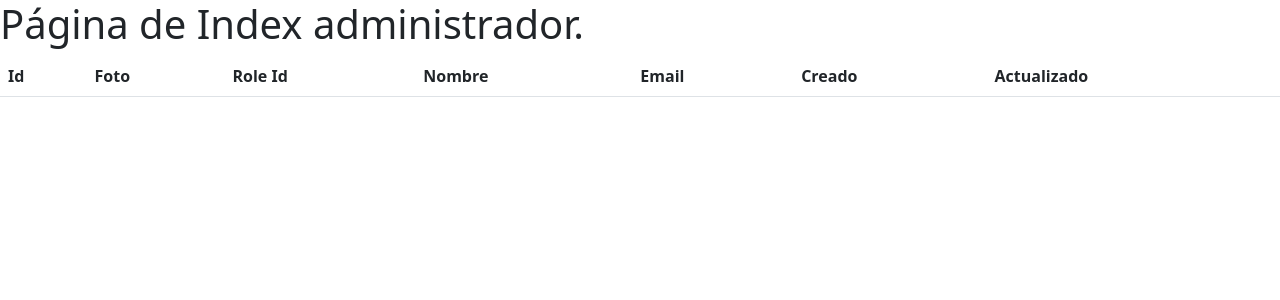
Repository: jfederg/AplicacionCompleta-Laravel-git
Page: http://localhost/admin/users
The author's editor kept a record of every edit. The page is drawn from the files as they stood at one moment, then again after the next edit.
The browser window is 1280 px wide. The pictures show the whole page.
The page is served by the project's Laravel application, run on PHP 8.4 with Laravel 8. Queries for data that is not in the repository find no rows.

Above is the page before.

After the next edit:
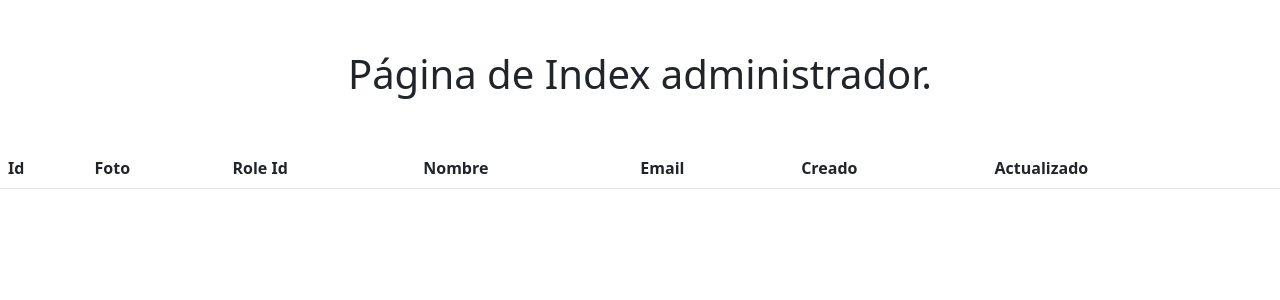
The edit:
--- a/AplicacionCompleta/resources/views/admin/users/index.blade.php
+++ b/AplicacionCompleta/resources/views/admin/users/index.blade.php
@@ -7,7 +7,14 @@
 
     </head>
     <body>
-        <h1> Página de Index administrador. </h1>
+
+        @if(Session::has('usuario_borrado'))
+
+            <p class="bg-danger">{{session('usuario_borrado')}}</p>
+
+        @endif
+
+        <h1 style="text-align:center ; margin: 50px 0 "> Página de Index administrador. </h1>
 
         <table width="600" class="table">
             <tr>
